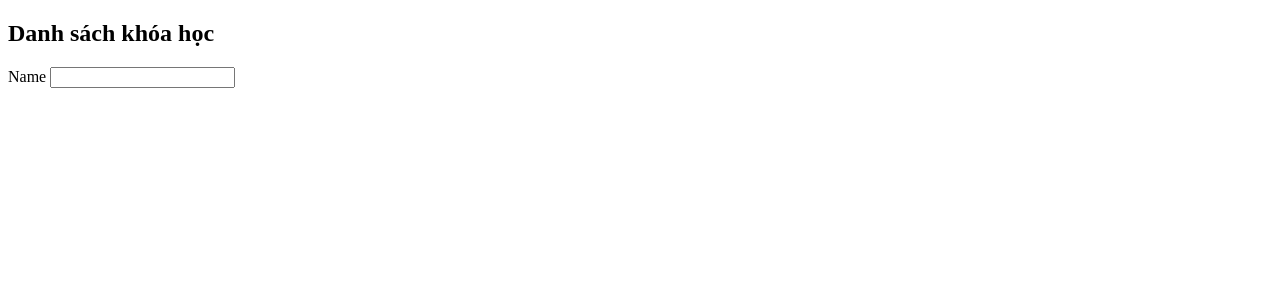
Repository: doquang195/demo-api
Page: indext.html
An editor plug-in stored every save of this project. The page is shown before and after the next save, followed by the edit.
The browser window is 1280 px wide. The pictures show the whole page.
The page's requests for data from a server got no answer.

Above is the page before, as saved 2023-10-04 09:56:54.

### indext.html
<!DOCTYPE html>
<html lang="en">
    <head>
        <meta charset="UTF-8" />
        <meta name="viewport" content="width=device-width, initial-scale=1.0" />
        <link rel="stylesheet" href="style.css" />
        <title>Document</title>
    </head>
    <body>
        <div>
            <h2>Danh sách khóa học</h2>
            <ul id="list-courses"></ul>
        </div>
        <div>
            <div>
                <label for="">Name</label>
                <input type="text" name="name">
            </div>
        </div>
        <script src="./app.js"></script>
    </body>
</html>

### style.css
body {
}

### app.js
let coursesAPI = "http://localhost:3000/courses";

function start(){
    getCourses(renderCourses);
}

start();

function getCourses(callback) {
    fetch(coursesAPI)
        .then((res) => res.json())
        .then(callback)
}

function renderCourses(courses) {
    let listCourses = document.querySelector('#list-courses');
    const htmls = courses.map(function(course) {
        return `
            <li>
                <h4>${course.name}</h4>
                <p>${course.description}</p>
            </li>`
    })
    listCourses.innerHTML = htmls.join();
}

After the next save:
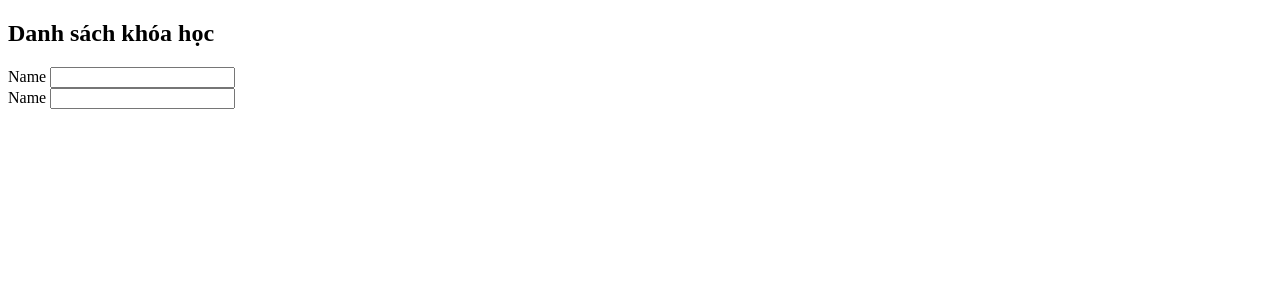
Saved 27 s later.
--- a/indext.html
+++ b/indext.html
@@ -16,6 +16,10 @@
                 <label for="">Name</label>
                 <input type="text" name="name">
             </div>
+            <div>
+                <label for="">Name</label>
+                <input type="text" name="name">
+            </div>
         </div>
         <script src="./app.js"></script>
     </body>
